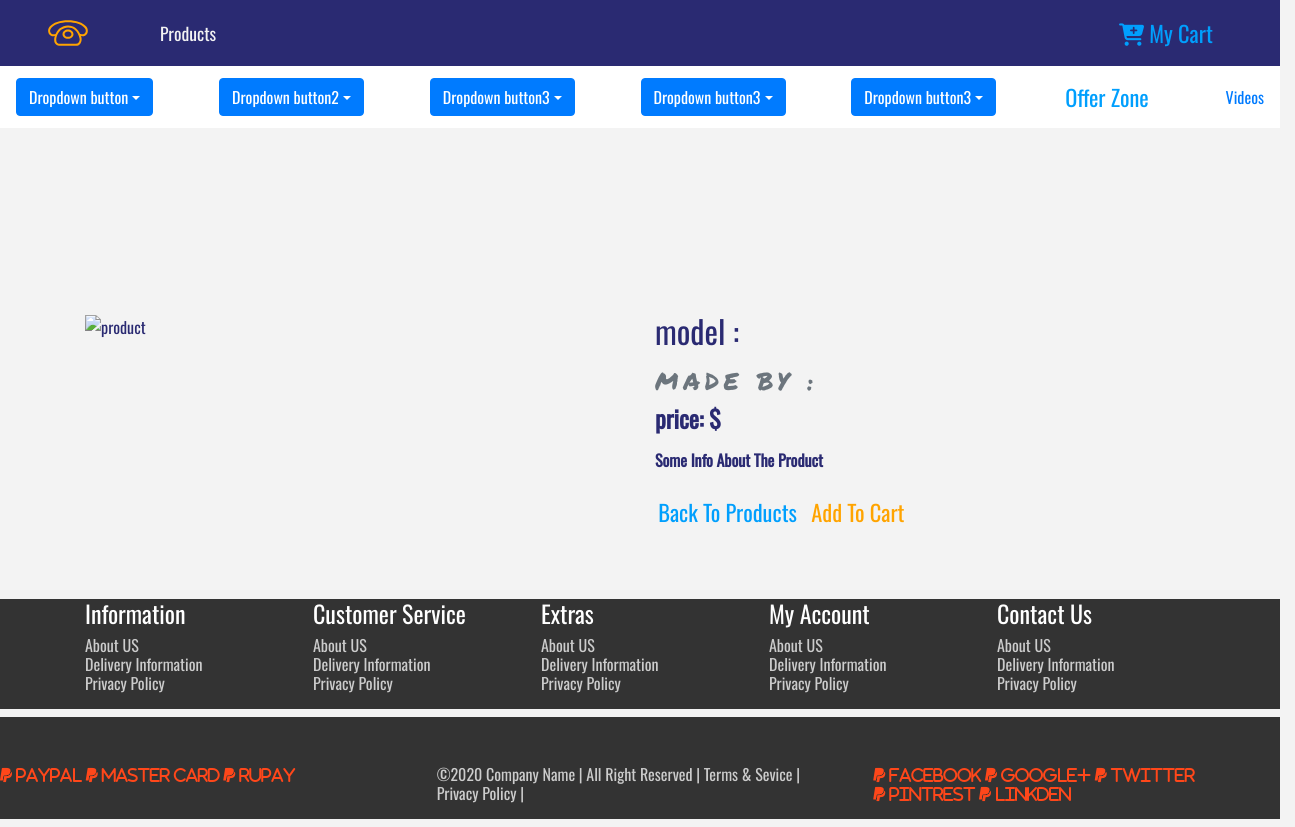
Repository: aditya1068/Online-Store
Page: /details
These files come from the project's save history. The page is drawn as it stood at one moment and after the next save; the edit follows.
The browser window is 1280 px wide. The page is 1295 px wide, so the pictures cover 1295 px, including what lies to the right of the window. The pictures show the whole page.
Some web libraries are served in a nearby version. The project was rebuilt for these pictures with package versions that can differ from the ones it lists, and the page was loaded fresh each time. Also part of the build but not shown: src/components/Videos.js, src/components/Products.js, src/components/Title.js, src/components/ProductsList.js, src/components/Cart.js, src/components/Default.js, src/components/Slider.js.

Above is the page before, as saved 2020-04-14 20:27:51.

### public/index.html
<!DOCTYPE html>
<html lang="en">
  <head>
    <meta charset="utf-8" />
    <link rel="icon" href="%PUBLIC_URL%/favicon.ico" />
    <meta name="viewport" content="width=device-width, initial-scale=1" />
    <meta name="theme-color" content="#000000" />
    <meta
      name="description"
      content="Web site created using create-react-app"
    />
    <link rel="apple-touch-icon" href="%PUBLIC_URL%/logo192.png" />
    <!--
      manifest.json provides metadata used when your web app is installed on a
      user's mobile device or desktop. See https://developers.google.com/web/fundamentals/web-app-manifest/
    -->
    <link rel="manifest" href="%PUBLIC_URL%/manifest.json" />
    <!--
      Notice the use of %PUBLIC_URL% in the tags above.
      It will be replaced with the URL of the `public` folder during the build.
      Only files inside the `public` folder can be referenced from the HTML.

      Unlike "/favicon.ico" or "favicon.ico", "%PUBLIC_URL%/favicon.ico" will
      work correctly both with client-side routing and a non-root public URL.
      Learn how to configure a non-root public URL by running `npm run build`.
    -->
    <!--Google Fonts-->
    <link href="https://fonts.googleapis.com/css?family=Oswald|Permanent+Marker&display=swap" rel="stylesheet">

    <!--Font Awesome-->
    <script src="https://kit.fontawesome.com/7ff98d2d13.js" crossorigin="anonymous"></script>
    <title>Store</title>
  </head>
  <body>
    <noscript>You need to enable JavaScript to run this app.</noscript>
    <div id="root"></div>
    <!--
      This HTML file is a template.
      If you open it directly in the browser, you will see an empty page.

      You can add webfonts, meta tags, or analytics to this file.
      The build step will place the bundled scripts into the <body> tag.

      To begin the development, run `npm start` or `yarn start`.
      To create a production bundle, use `npm run build` or `yarn build`.
    -->
  </body>
</html>

### src/index.js
import React from 'react';
import ReactDOM from 'react-dom';
import './index.css';
import 'bootstrap';
//import 'bootstrap/dist/css/bootstrap.css';
//import 'bootstrap/dist/js/bootstrap.js';
import App from './App';
import { BrowserRouter as Router } from 'react-router-dom';
import {ProductProvider } from './context';
import * as serviceWorker from './serviceWorker';

ReactDOM.render(
    <ProductProvider>

    <Router>
    <App/>
    </Router>

    </ProductProvider>,



 document.getElementById('root'));

// If you want your app to work offline and load faster, you can change
// unregister() to register() below. Note this comes with some pitfalls.
// Learn more about service workers: https://bit.ly/CRA-PWA
serviceWorker.unregister();

### src/App.js
import React, { Component } from "react";
import {Route,Switch} from 'react-router-dom';
import { BrowserRouter as  Router} from 'react-router-dom';
import './App.css';
import "bootstrap/dist/css/bootstrap.min.css";
import Navbar from "./components/Navbar";
import Navbar1 from "./components/Navbar1";
import ProductsList from "./components/ProductsList";
import Details from "./components/Details";
import Cart from "./components/Cart";
import Default from "./components/Default";
import Modal from './components/Modal';
import Slider from "./components/Slider";
import Footer from "./components/Footer";
import Footer2 from "./components/Footer2";

class App extends Component {
  render() {
    return(

      <Router>
        <Navbar />

        <Navbar1 />

          <Switch>
            <Route path ="/" exact component ={
              () => (<ProductsList></ProductsList>)
            } />

            <Route path ="/details" exact component ={
              () => (<Details></Details>)
             } />

            <Route path ="/cart" exact component ={
              () => (<Cart></Cart>)
            } />

              <Route  component ={
              () => (<Default></Default>)
            } />

              </Switch>

            <Modal />
            <Footer /> <Footer2 />

  </Router>

    );
  }
}

export default App;

### src/context.js
import React, { Component } from 'react';
import { storeProducts, detailProduct } from './data';

const ProductContext = React.createContext();
// Provider
// Consumer

class ProductProvider extends Component {
   state = {
     products: [],
     detailProduct: detailProduct,
     cart: [],
     modalOpen: false,
     modalProduct: detailProduct,
     cartSubTotal: 0,
     cartTax: 0,
     CartTotal: 0,
   };

   componentDidMount() {
     this.setProducts();
   }

   setProducts = () => {
     let tempProducts = [];
     storeProducts.forEach(item => {
       const singleItem = { ...item };
       tempProducts = [...tempProducts, singleItem];
     });
     this.setState(() => {
       return { products: tempProducts };
     });
   };

    getItem = (id) => {
      const product = this.state.products.find(item => item.id === id);
      return product;
    };

   handleDetail =(id) => {
     const product = this.getItem(id);
     this.setState(() => {
       return { detailProduct:product };
     });
   };

 addToCart =(id) => {
   let tempProducts = [...this.state.products];
   const index = tempProducts.indexOf(this.getItem(id));
   const product = tempProducts[index];
   product.inCart = true;
   product.count = 1;
   const  price  = product.price;
   product.total = price;
   this.setState(() => {
     return { products: tempProducts, cart: [...this.state.cart, product] };
   },
   () => {
     this.addTotals();
   });
 };

    openModal = id => {
      const product = this.getItem(id);
      this.setState(() => {
        return { modalProduct: product, modalOpen: true };
      });
    }

closeModal = () => {
  this.setState(() => {
    return { modalOpen: false };
  });
};

increment = (id) => {
  let tempCart = [...this.state.cart];
  const selectedProduct = tempCart.find(item=>item.id === id);

  const index = tempCart.indexOf(selectedProduct);
  const product = tempCart[index];

  product.count += 1;
  product.total = product.count * product.price;

  this.setState(() => {
    return { cart: [...tempCart] };
  },
  () => {
    this.addTotals();
  });
}

decrement = (id) => {
  let tempCart = [...this.state.cart];
  const selectedProduct = tempCart.find(item => item.id === id);

  const index = tempCart.indexOf(selectedProduct);
  const product = tempCart[index];
  product.count = product.count - 1;
  if (product.count === 0) {
    this.removeItem(id);
  } else {
    product.total = product.count * product.price;
    this.setState(() => {
      return { cart: [...tempCart] };
    },
    () => { this.addTotals(); });
  }
};

removeItem = (id) => {
  const tempProducts = [...this.state.products];
  let tempCart = [...this.state.cart];

  tempCart = tempCart.filter(item => item.id !== id);
  const index = tempProducts.indexOf(this.getItem(id));
  const removedProduct = tempProducts[index];
  removedProduct.inCart = false;
  removedProduct.Count = 0;
  removedProduct.total = 0;
  this.setState(() => {
    return {
      cart: [...tempCart],
      products: [...tempProducts],
    };
  });
}

clearCart =() => {
  this.setState(() => {
    return { cart: [] };
  }, () => {
    this.setProducts();
    this.addTotals();
  });
};

addTotals =() => {
  let subTotal = 0;
  this.state.cart.map(item => (subTotal += item.total));
  const tempTax = subTotal * .18;
  const tax = parseFloat(tempTax.toFixed(1));
  const total = subTotal + tax;
  this.setState(() => {
    return {
      cartSubTotal: subTotal,
      cartTax: tax,
      CartTotal: total,
    };
  });
};

render() {
  return (
    <ProductContext.Provider value={{
      ...this.state,
      handleDetail: this.handleDetail,
      addToCart: this.addToCart,
      openModal: this.openModal,
      closeModal: this.closeModal,
      increment: this.increment,
      decrement: this.decrement,
      removeItem: this.removeItem,
      clearCart: this.clearCart,
    }}
    >
      {this.props.children}
    </ProductContext.Provider>
  );
}
}


const ProductConsumer = ProductContext.Consumer;

export { ProductProvider, ProductConsumer };

### src/App.css
:root{
  --mainBlue: #2a2a72;
  --lightBlue: #009ffd;
  --mainWhite: #f3f3f3;
  --mainDark: #232528;
  --mainYellow: #ffa400;
}
body{
    font-family: 'Oswald', sans-serif !important;
    background: var(--mainWhite)!important;
    color: var(--mainBlue)!important ;
}
.text-title{
font-family: 'Permanent Marker', cursive;
letter-spacing: 0.3rem;
text-transform: uppercase;
}
.text-blue{
  color: var(--mainBlue);
}
.text-bright{
  color: var(--lightBlue);
}
.btn-black{
  background: transparent;
  text-transform: capitalize;
  font-size: 0.6rem !important;
  color: var(--mainDark);
  border-radius: 0 !important;
  border: 0.1rem solid var(--mainDark) !important;
}

.btn-black:hover{
  background: var(--mainDark) !important;
  color: var(--mainWhite) !important;
}

.cart-icon{
  cursor: pointer;
  font-size: 1.2rem;
  color: var(--mainYellow);
}

### src/components/Navbar.js
import React, { Component } from 'react';
import {Link} from 'react-router-dom';
import logo from "../logo.svg";
import styled from "styled-components";
import {ButtonContainer} from  './button';
export default class Navbar extends Component{
    render(){
        return(

           <NavWrapper className="navbar navbar-expand-sm navbar-dark  px-sm-5">
               { /*
                https://www.iconfinder.com/icons/1243689/call_phone_icon
                Creative Commons (Attribution 3.0 Unported);
               https://www.iconfinder.com/Makoto_msk */}
    <Link to ='/' >
     <img src={logo} alt = "store" className="navbar-brand" />
    </Link>
    <ul className= "navbar-nav align-items-center">
        <li className="nav-item ml-5">
        <Link to= "/" className= "nav-link">
            products
            </Link>
            </li>
        </ul>
        <Link to= '/Cart' className="ml-auto">

        <ButtonContainer>
            <span className ="mr-2">
                <i className="fas fa-cart-plus"></i>  my cart
                </span> </ButtonContainer>
        </Link>
            </NavWrapper>
        );
    }
}

const NavWrapper =styled.nav`
background: var(--mainBlue);
.nav-link{
    color:var(--mainWhite)!important;
    font-size: 1.1rem;
    text-transform: capitalize;
}
`;

### src/components/Navbar1.js
import React, { Component } from 'react'
import Dropdown from 'react-bootstrap/Dropdown';
import { BrowserRouter as  Router} from 'react-router-dom';
import Route from 'react-router-dom/Route';
import {Link,Switch} from 'react-router-dom';
import styled from "styled-components";
import DropdownButton from 'react-bootstrap/DropdownButton';
import {ButtonContainer} from './button';
import Videos from './Videos';
export default class Navbar1 extends Component {

  render() {
    return (
      <Router>

      <Dropdown className="navbar navbar-dark bg-white mb-3 margin-left -38px;
      display: none">
      <DropdownButton id="dropdown-item-button" title="Dropdown button">


  </DropdownButton>

     <DropdownButton id="dropdown-item-button" title="Dropdown button2">



   </DropdownButton>

     <DropdownButton id="dropdown-item-button" title="Dropdown button3">
     <Dropdown.Item as="button">Action3</Dropdown.Item>
     <Dropdown.Item as="button">Another action2</Dropdown.Item>
     <Dropdown.Item as="button">Something else2</Dropdown.Item>
     <Dropdown.Item as="button">Action3</Dropdown.Item>


   </DropdownButton>

   <DropdownButton id="dropdown-item-button" title="Dropdown button3">
     <Dropdown.Item as="button">Action3</Dropdown.Item>
     <Dropdown.Item as="button">Another action2</Dropdown.Item>
     <Dropdown.Item as="button">Something else2</Dropdown.Item>
   </DropdownButton>

   <DropdownButton id="dropdown-item-button" title="Dropdown button3">
     <Dropdown.Item as="button">Action3</Dropdown.Item>
     <Dropdown.Item as="button">Another action2</Dropdown.Item>
     <Dropdown.Item as="button">Something else2</Dropdown.Item>
   </DropdownButton>


   <ButtonContainer to= "/" className= "nav-link"> Offer Zone </ButtonContainer>
   <Link to ="/videos">Videos</Link>




   </Dropdown>

   <Route path ="/videos" exact component ={
              () => (<Videos></Videos>)
            } />

    </Router>

    );
  }

}

### src/components/Details.js
import React, { Component } from 'react';
import {ProductConsumer} from '../context';
import {Link} from 'react-router-dom';
import {ButtonContainer} from './button';
export default class Details extends Component{
    render(){
        return(

            <ProductConsumer>
                {(value)=>{
                    const {id,company,img,info,price,title,inCart}=
                    value.detailProduct;
                    return(
                        <div className="container py-5">
                            {/*title */}
                            <div className="row">
                                <div className="col-10 mx-auto text-center text-slanted text-blue my-5">
                                    <h1>{title}</h1>
                                    </div>
                            </div>

                            {/*end title */}
                            {/*Product info */}
                            <div className="row">
                                <div className="col-10 mx-auto col-md-6 my-3">

                                 <img src={img} className="img-fluid" alt="product"/>
                                </div>
                                {/* Product text */}
                                <div className="col-10 mx-auto col-md-6 my-3  text-capitalise">
                                    <h2>model :{title}</h2>
                                    <h4  className="text-title text-upercase text-muted mt-3 mb-2">
                                   made by : <span className="text-uppercase">
                                       {company}</span>  </h4>
                                       <h4 className="text-blue">
                                           <strong>
                                               price: <span>$</span>
                                          {price}
                                           </strong>
                                  </h4>
                                <p className="text-capitalize font-weight-bold mt-3 mb-0">
                                    some info about the product
                                </p>
                                <p className="text-muted lead">{info}</p>
                                {/* buttons */}
                                <div>
                                    <Link to="/">
                                        <ButtonContainer>back to products</ButtonContainer>
                                    </Link>
                                    <ButtonContainer cart
                                     disabled={inCart ? true : false}
                                     onClick={()=>{
                                        value.addToCart(id);
                                        value.openModal(id);
                                     }}
                                     >
                                        {inCart ? "inCart": "add to cart"}
                                    </ButtonContainer>

                                </div>
                            </div>
                        </div>
                        </div>
                    );
                }}

            </ProductConsumer>

        );
    }

}

### src/components/Modal.js
import React, { Component } from 'react'
import styled from 'styled-components';
import {ProductConsumer} from '../context';
import {ButtonContainer } from './button';
import {Link} from "react-router-dom";


export default class  extends Component {
    render() {
        return (
            <ProductConsumer>
                {(value) => {
                    const {modalOpen,closeModal} = value;
                    const {img,title,price} = value.modalProduct;

                    if(!modalOpen){
                        return null;
                    }

                    else{
                return (
                <ModalContainer>
    <div className="container">
    <div className="row">
      <div id="modal" className= "col-8 mx-auto col-md-6 col-lg-4 text-center text-capitalize">
    <h5>item added to the cart</h5>
    <img src={img} className="img-fluid" alt="product" />
    <h5>{title}</h5>
    <h5 className= "text-muted">price : $ {price} </h5>
    <Link to ='/'>
        <ButtonContainer onClick={()=>closeModal()}>
            continue Shopping
        </ButtonContainer>
    </Link>
    <Link to ='/cart'>
        <ButtonContainer cart onClick={()=>closeModal()}>
            go to Cart
        </ButtonContainer>
    </Link>
    </div>
    </div> </div>
                        </ModalContainer>
                        );

                }
            }}
            </ProductConsumer>
        );
    }
}

const ModalContainer = styled.div`
position:fixed;
top: 0;
left: 0;
right: 0;
bottom: 0;
background: rgba(0,0,0,0.3);
display: flex;
align-items: center;
justufy-content: center;
#modal{
    background: var(--mainWhite);
}
`;

### src/components/Footer.js
import React, { Component } from 'react';


export default class Footer extends Component {
    render() {
      return (
          <div className="main-footer"  >
             <h1 style={{backgroundColor: "#333333"}}>
              <div className= "container">
              <div className= "row">
                  {/* column1 */}
                  <div className= "col">
                  <h4 style={{color: "#ffffff"}}>Information</h4>
                      <ul className="list-unstyled" style={{color: "#cccccc"}} >
                         <h6> <li>About US </li> {"\n"}
                          <li>Delivery Information</li> {"\n"} {"\n"} {"\n"}
                          <li>Privacy Policy</li></h6>
                      </ul>
                  </div>
                  {/* column2 */}
                  <div className= "col">
                      <h4 style={{color: "#ffffff"}}>Customer Service</h4>
                      <ul className="list-unstyled" style={{color: "#cccccc"}}>
                         <h6> <li>About US</li>
                          <li>Delivery Information</li>
                          <li>Privacy Policy</li></h6>
                      </ul>
                  </div>
                  {/* column3 */}
                  <div className= "col">
                      <h4 style={{color: "#ffffff"}}>Extras</h4>
                      <ul className="list-unstyled" style={{color: "#cccccc"}}>
                         <h6> <li>About US</li>
                          <li>Delivery Information</li>
                          <li>Privacy Policy</li></h6>
                      </ul>
                  </div>
                  {/*column 4 */}
                  <div className= "col">
                      <h4 style={{color: "#ffffff"}}>My Account</h4>
                      <ul className="list-unstyled" style={{color: "#cccccc"}}>
                        <h6>  <li>About US</li>
                          <li>Delivery Information</li>
                          <li>Privacy Policy</li></h6>
                      </ul>
                  </div>
                   {/*column 5 */}
                   <div className= "col">
                      <h4 style={{color: "#ffffff"}} >Contact Us</h4>
                      <ul className="list-unstyled" style={{color: "#cccccc"}}>
                        <h6>  <li>About US</li>
                          <li>Delivery Information</li>
                          <li>Privacy Policy</li></h6>
                      </ul>
                  </div>



                  </div>
              </div></h1>
          </div>

      )
      }}

### src/components/Footer2.js
import React, { Component } from 'react';

export default class Footer2 extends Component {
    render() {
      return (
        <div className="second-footer">
            <h1 style={{backgroundColor: "#333333"}}>
              <span className= "container"></span>
              <div className= "row">
                  {/* column1 */}
                  <div className= "col" style={{color: "#ff471a"}}>
                      <ul className="list-unstyled" >
                        <h6> <i className="fab fa-paypal"> Paypal </i> {""}
                          <i className="fab fa-paypal"> Master Card </i> {""}
                          <i className="fab fa-paypal"> Rupay </i> {""}</h6>
                      </ul>
                  </div>
                          {/* column2 */}
                   <div className= "col">

                      <ul className="list-unstyled" style={{color: "#cccccc"}}>
                         <h6>  &copy;{(new Date().getFullYear())} Company Name | All Right Reserved |
                           Terms & Sevice | Privacy Policy |    </h6>
                      </ul>
                  </div>

                        {/*Column 3*/}
                        <div className= "col">
                      <ul className="list-unstyled" style={{color: "#ff471a"}}>
                     <h6><i className="fab fa-paypal"> Facebook </i> {""}
                          <i className="fab fa-paypal"> Google+ </i> {""}
                          <i className="fab fa-paypal"> Twitter </i> {""}
                          <i className="fab fa-paypal"> Pintrest </i> {""}
                          <i className="fab fa-paypal"> Linkden </i> {""}</h6>

                      </ul>
                  </div>

                  </div></h1>
                 </div>



      )
    }
}

### src/components/button.js
import styled from "styled-components"



export const ButtonContainer = styled.button`
text-transform:capitalize;
font-size:1.4rem;
background: transparent;
border: 0.05 rem solid var(--lightBlue);
color: var(--lightBlue);
border-color: ${props => (props.cart? "var(--mainYellow)": "var--(lightBlue)")};
color ${prop => prop.cart ? "var(--mainYellow)": "var--(lightBlue)"};
border-radius: 0.5rem;
padding:0.2rem;
cursor:pointer;
margin:0.2rem 0.5rem 0.2rem 0;
transition:all 0.5s ease-in-out;
&:hover: {
    background:${prop => prop.cart ? "var(--mainYellow)": "var--(lightBlue)"};
    color:var(--mainBlue);
}
&:focus{
    outLine: none;
}
`;

Loaded but not shown: src/index.css (common file); src/serviceWorker.js (common file); src/data.js (99 lines, source omitted)

After the next save:
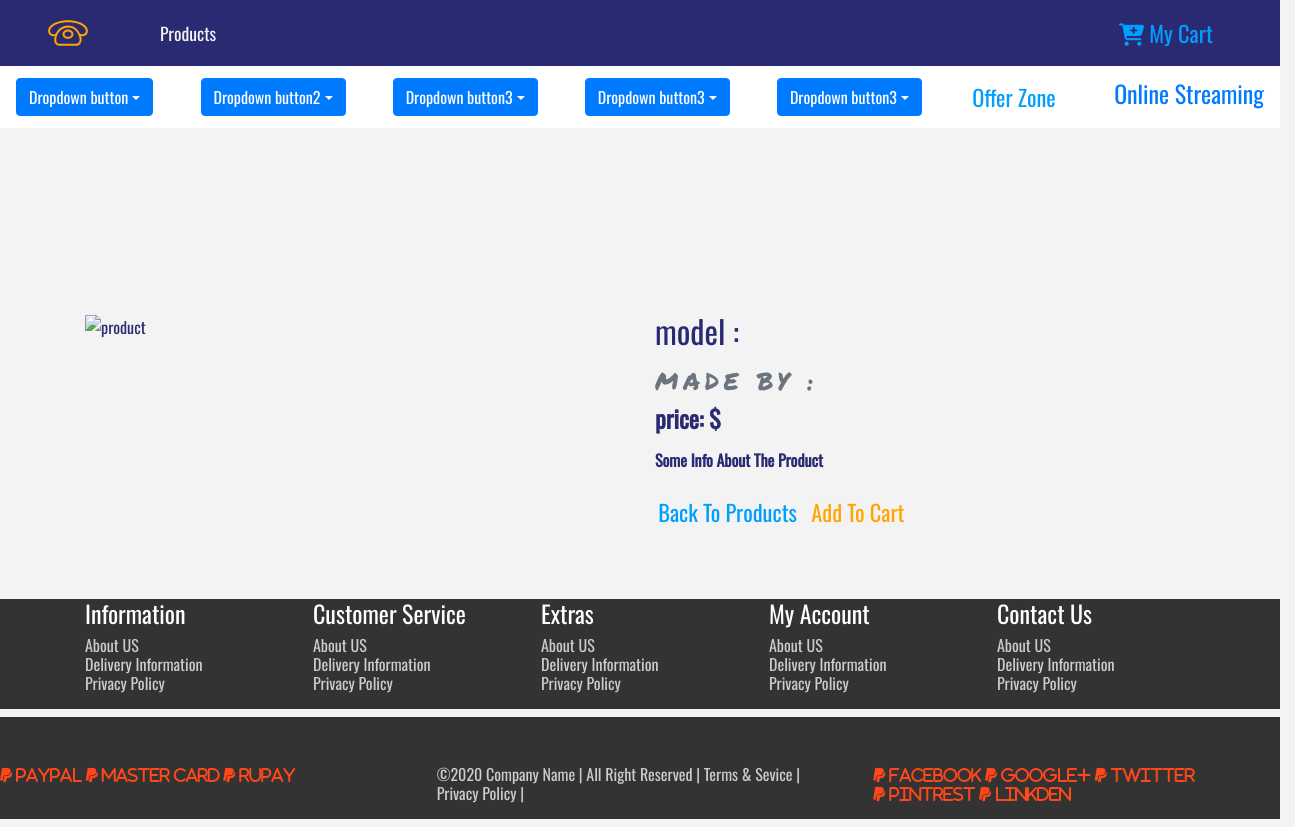
Saved 30 s later.
--- a/src/components/Navbar1.js
+++ b/src/components/Navbar1.js
@@ -49,7 +49,7 @@ export default class Navbar1 extends Component {
 
 
    <ButtonContainer to= "/" className= "nav-link"> Offer Zone </ButtonContainer>
-   <Link to ="/videos">Videos</Link>
+   <Link to ="/videos"><h4>Online Streaming</h4></Link>
 
 
 
